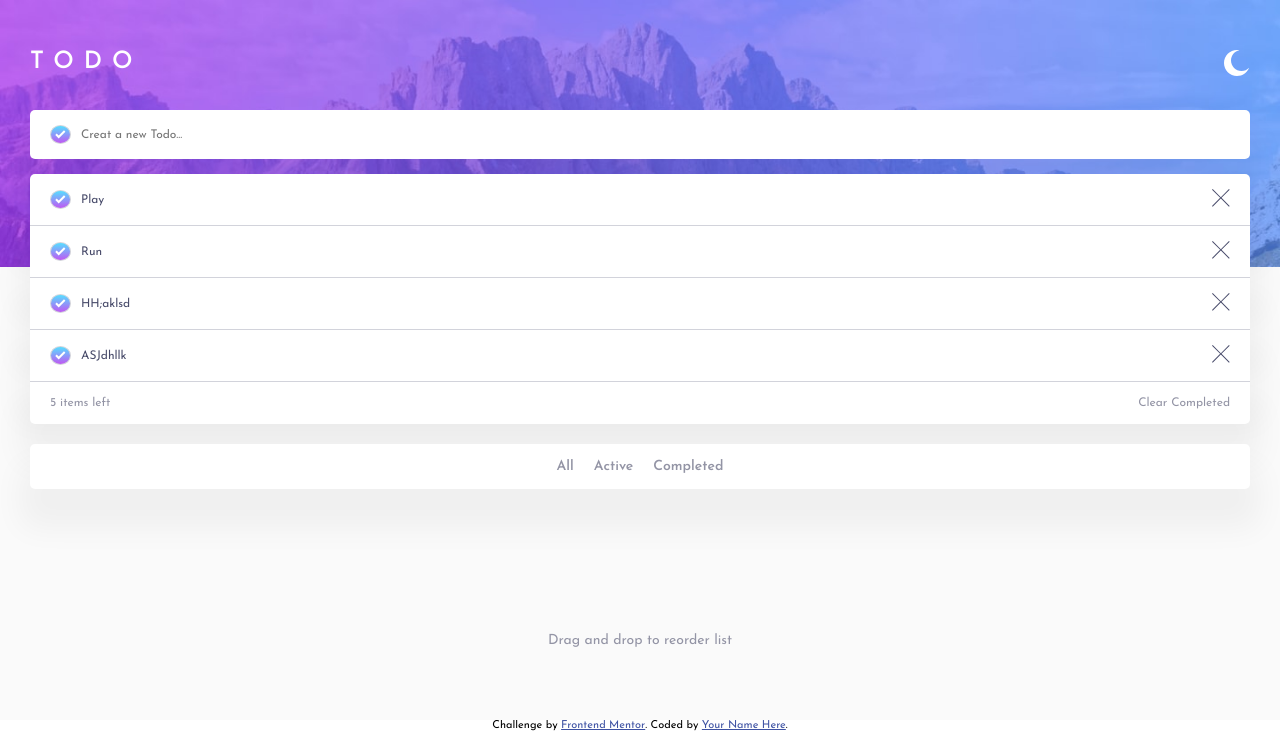
Repository: Baraajad231/Todo-app
Page: /
These files come from the project's save history. The page is drawn as it stood at one moment and after the next save; the edit follows.
The browser window is 1280 px wide. The pictures show the whole page.
The project was rebuilt for these pictures with package versions that can differ from the ones it lists, and the page was loaded fresh each time. Also part of the build but not shown: vite.config.js.

Above is the page before, as saved 2025-12-30 13:28:19.

After the next save:
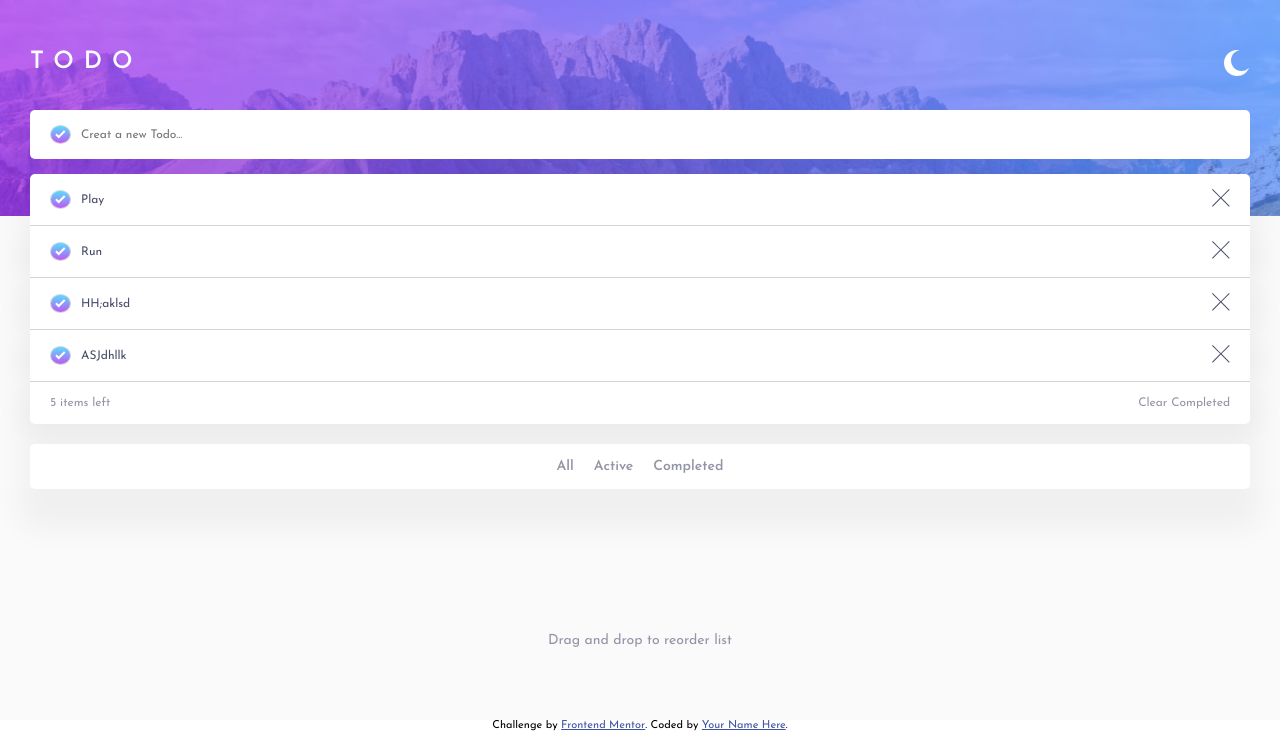
Saved 38 s later.
--- a/styles/style.scss
+++ b/styles/style.scss
@@ -83,7 +83,7 @@ body {
 }
 .background {
   width: 100vw;
-  @media (min-width: 768) {
+  @media (min-width: 768px) {
     height: 30%;
   }
 }
